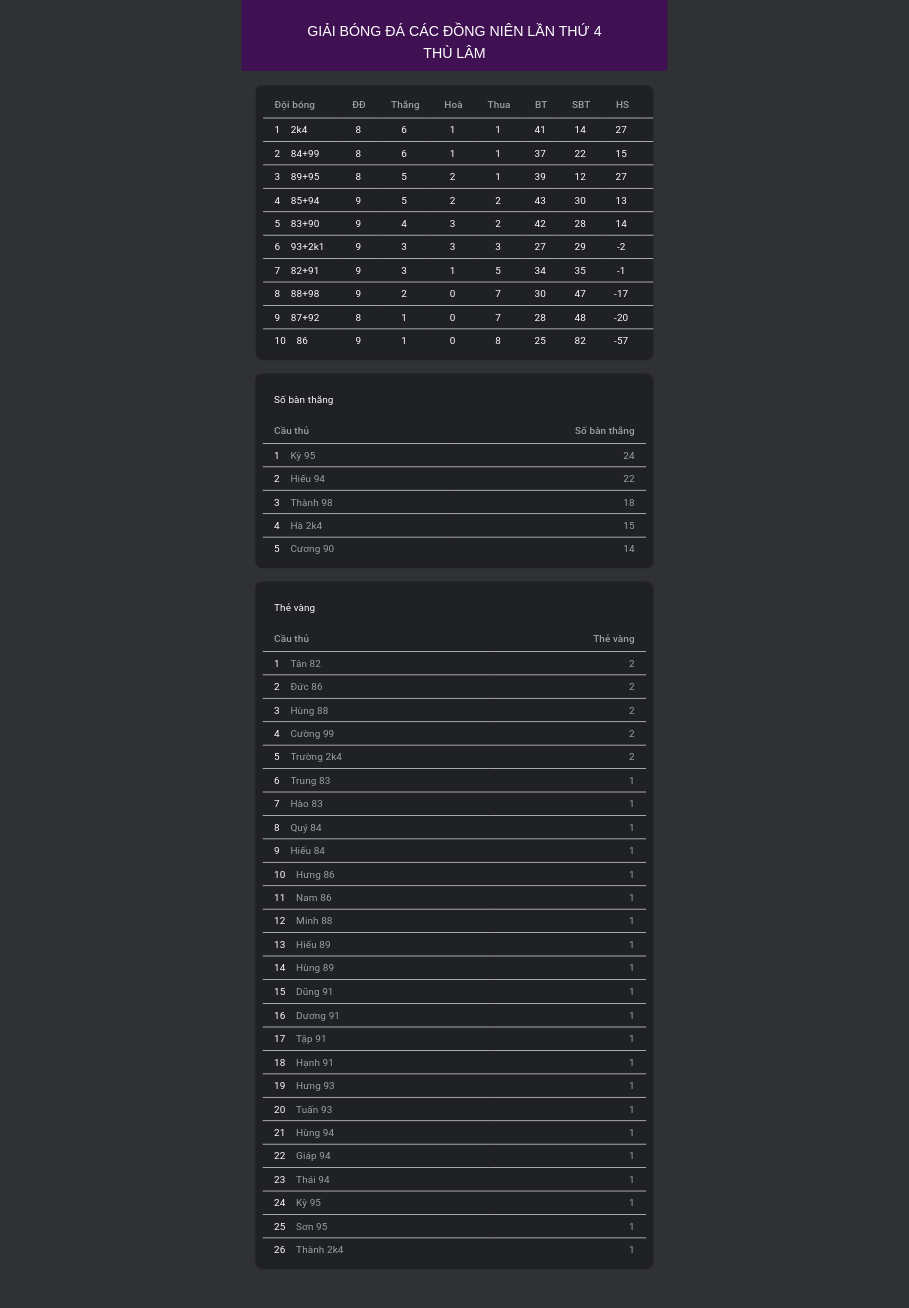
Repository: tuan842001/thulam
Page: /
The author's editor kept a copy of each file at every save. The page is drawn from the files as they stood at one save, then again after the next save.
The browser window is 1280 px wide. The pictures show the whole page, at 71% of full size.
The project was rebuilt for these pictures with package versions that can differ from the ones it lists, and the page was loaded fresh each time.

Above is the page before, as saved 2022-01-11 16:06:08.

### public/index.html
<!DOCTYPE html>
<html lang="en">
  <head>
    <meta charset="utf-8" />
    <link rel="icon" href="%PUBLIC_URL%/favicon.ico" />
    <meta name="viewport" content="width=device-width, initial-scale=1" />
    <meta name="theme-color" content="#000000" />
    <meta
      name="description"
      content="Web site created using create-react-app"
    />

    <link href="https://cdn.jsdelivr.net/npm/bootstrap@5.1.3/dist/css/bootstrap.min.css" rel="stylesheet" integrity="sha384-1BmE4kWBq78iYhFldvKuhfTAU6auU8tT94WrHftjDbrCEXSU1oBoqyl2QvZ6jIW3" crossorigin="anonymous">
<script src="https://cdn.jsdelivr.net/npm/bootstrap@5.1.3/dist/js/bootstrap.bundle.min.js" integrity="sha384-ka7Sk0Gln4gmtz2MlQnikT1wXgYsOg+OMhuP+IlRH9sENBO0LRn5q+8nbTov4+1p" crossorigin="anonymous"></script>
    <title>GIẢI BÓNG ĐÁ CÁC ĐỒNG NIÊN THÙ LÂM</title>
  </head>
  <body>
    <noscript>You need to enable JavaScript to run this app.</noscript>
    <div id="root"></div>

  </body>
</html>

### src/App.js
import "./App.css";
import { Header } from "./components/header/Header";
import Card from "./pages/card/Card";
import Statistical from "./pages/statistical/Statistical";
import UserList from "./pages/userList/UserList";

function App() {
  return (
    <div className="App" style={{ height: "102%" }}>
      <Header />
      <UserList />
      <Statistical />
      <Card />
    </div>
  );
}

export default App;

### src/App.css
body {
  margin: 0;
  font-family: 'Montserrat', sans-serif;
  background-color: #303134;
  display: flex;
  justify-content: center;
}

* {
  margin: 0;
}

@media screen and (max-width: 480px) {
  body {
    justify-content: normal;
  }
}

### src/components/header/Header.jsx
import * as React from "react";
import "./header.css";

export const Header = () => {
  return (
    <div className="header">
      <h4>GIẢI BÓNG ĐÁ CÁC ĐỒNG NIÊN LẦN THỨ 4</h4>
      <h3>THÙ LÂM</h3>
    </div>
  );
};

### src/pages/card/Card.jsx
import * as React from "react";
import Table from "@mui/material/Table";
import TableBody from "@mui/material/TableBody";
import TableCell from "@mui/material/TableCell";
import TableContainer from "@mui/material/TableContainer";
import TableHead from "@mui/material/TableHead";
import TableRow from "@mui/material/TableRow";
import Paper from "@mui/material/Paper";

function createData(order, name, goal) {
  return {
    order,
    name,
    goal,
  };
}

const rows = [
  createData(1, "Tân 82", 2),
  createData(2, "Đức 86", 2),
  createData(3, "Hùng 88", 2),
  createData(4, "Cường 99", 2),
  createData(5, "Trường 2k4", 2),
  createData(6, "Trung 83", 1),
  createData(7, "Hào 83", 1),
  createData(8, "Quý 84", 1),
  createData(9, "Hiếu 84", 1),
  createData(10, "Hưng 86", 1),
  createData(11, "Nam 86", 1),
  createData(12, "Minh 88", 1),
  createData(13, "Hiếu 89", 1),
  createData(14, "Hùng 89", 1),
  createData(15, "Dũng 91", 1),
  createData(16, "Dương 91", 1),
  createData(17, "Tập 91", 1),
  createData(18, "Hạnh 91", 1),
  createData(19, "Hưng 93", 1),
  createData(20, "Tuấn 93", 1),
  createData(21, "Hùng 94", 1),
  createData(22, "Giáp 94", 1),
  createData(23, "Thái 94", 1),
  createData(24, "Kỳ 95", 1),
  createData(25, "Sơn 95", 1),
  createData(26, "Thành 2k4", 1),
];

export default function Card() {
  return (
    <TableContainer
      component={Paper}
      style={{
        backgroundColor: "#202124",
        color: "#FFFF",
        margin: "20px",
        width: "560px",
        borderRadius: "10px",
        padding: "10px",
      }}
    >
      <TableCell style={{ color: "#FFFF", borderBottom: "none" }} align="right">
        Thẻ vàng
      </TableCell>
      <Table sx={{ minWidth: 500 }} size="small" aria-label="a dense table">
        <TableHead>
          <TableRow>
            <TableCell style={{ color: "#9aa0a6" }}>Cầu thủ</TableCell>
            <TableCell style={{ color: "#9aa0a6" }} align="right">
              Thẻ vàng
            </TableCell>
          </TableRow>
        </TableHead>
        <TableBody>
          {rows.map((row) => (
            <TableRow
              key={row.name}
              sx={{ "&:last-child td, &:last-child th": { border: 0 } }}
            >
              <TableCell
                component="th"
                scope="row"
                style={{ color: "#9aa0a6" }}
              >
                <span
                  style={{
                    color: "#fff",
                    marginRight: "15px",
                    textAlign: "center",
                  }}
                  align="center"
                >
                  {row.order}
                </span>
                {row.name}
              </TableCell>
              <TableCell style={{ color: "#9aa0a6" }} align="right">
                {row.goal}
              </TableCell>
            </TableRow>
          ))}
        </TableBody>
      </Table>
    </TableContainer>
  );
}

### src/pages/statistical/Statistical.jsx
import * as React from "react";
import Table from "@mui/material/Table";
import TableBody from "@mui/material/TableBody";
import TableCell from "@mui/material/TableCell";
import TableContainer from "@mui/material/TableContainer";
import TableHead from "@mui/material/TableHead";
import TableRow from "@mui/material/TableRow";
import Paper from "@mui/material/Paper";

function createData(order, name, goal) {
  return {
    order,
    name,
    goal,
  };
}

const rows = [
  createData(1, "Kỳ 95", 24),
  createData(2, "Hiếu 94", 22),
  createData(3, "Thành 98", 18),
  createData(4, "Hà 2k4", 15),
  createData(5, "Cương 90", 14),
];

export default function Statistical() {
  return (
    <TableContainer
      component={Paper}
      style={{
        backgroundColor: "#202124",
        color: "#FFFF",
        margin: "20px",
        width: "560px",
        borderRadius: "10px",
        padding: "10px",
      }}
    >
      <TableCell style={{ color: "#FFFF", borderBottom: "none" }} align="right">
        Số bàn thắng
      </TableCell>
      <Table sx={{ minWidth: 500 }} size="small" aria-label="a dense table">
        <TableHead>
          <TableRow>
            <TableCell style={{ color: "#9aa0a6" }}>Cầu thủ</TableCell>
            <TableCell style={{ color: "#9aa0a6" }} align="right">
              Số bàn thắng
            </TableCell>
          </TableRow>
        </TableHead>
        <TableBody>
          {rows.map((row) => (
            <TableRow
              key={row.name}
              sx={{ "&:last-child td, &:last-child th": { border: 0 } }}
            >
              <TableCell
                component="th"
                scope="row"
                style={{ color: "#9aa0a6" }}
              >
                <span
                  style={{
                    color: "#FFFF",
                    marginRight: "15px",
                    textAlign: "center",
                  }}
                  align="center"
                >
                  {row.order}
                </span>
                {row.name}
              </TableCell>
              <TableCell style={{ color: "#9aa0a6" }} align="right">
                {row.goal}
              </TableCell>
            </TableRow>
          ))}
        </TableBody>
      </Table>
    </TableContainer>
  );
}

### src/pages/userList/UserList.jsx
import * as React from "react";
import Table from "@mui/material/Table";
import TableBody from "@mui/material/TableBody";
import TableCell from "@mui/material/TableCell";
import TableContainer from "@mui/material/TableContainer";
import TableHead from "@mui/material/TableHead";
import TableRow from "@mui/material/TableRow";
import Paper from "@mui/material/Paper";

function createData(
  order,
  name,
  fought,
  win,
  draw,
  lose,
  goal,
  goals,
  difference,
  protein
) {
  return {
    order,
    name,
    fought,
    win,
    draw,
    lose,
    goal,
    goals,
    difference,
    protein,
  };
}

const rows = [
  createData(1, "2k4", 8, 6, 1, 1, 41, 14, 27, 19),
  createData(2, "84+99", 8, 6, 1, 1, 37, 22, 15, 19),
  createData(3, "89+95", 8, 5, 2, 1, 39, 12, 27, 17),
  createData(4, "85+94", 9, 5, 2, 2, 43, 30, 13, 17),
  createData(5, "83+90", 9, 4, 3, 2, 42, 28, 14, 15),
  createData(6, "93+2k1", 9, 3, 3, 3, 27, 29, -2, 12),
  createData(7, "82+91", 9, 3, 1, 5, 34, 35, -1, 10),
  createData(8, "88+98", 9, 2, 0, 7, 30, 47, -17, 6),
  createData(9, "87+92", 8, 1, 0, 7, 28, 48, -20, 3),
  createData(10, "86", 9, 1, 0, 8, 25, 82, -57, 3),
];

export default function UserList() {
  return (
    <TableContainer
      component={Paper}
      style={{
        backgroundColor: "#202124",
        color: "#FFFF",
        margin: "20px",
        width: "560px",
        borderRadius: "10px",
        padding: "10px",
      }}
      className="TableContainer"
    >
      <Table
        sx={{ minWidth: 600 }}
        size="small"
        aria-label="a dense table"
        className="TableSX"
      >
        <TableHead>
          <TableRow>
            <TableCell style={{ color: "#9aa0a6" }}>Đội bóng</TableCell>
            <TableCell style={{ color: "#9aa0a6" }} align="right">
              ĐĐ
            </TableCell>
            <TableCell style={{ color: "#9aa0a6" }} align="right">
              Thắng
            </TableCell>
            <TableCell style={{ color: "#9aa0a6" }} align="right">
              Hoà
            </TableCell>
            <TableCell style={{ color: "#9aa0a6" }} align="right">
              Thua
            </TableCell>
            <TableCell style={{ color: "#9aa0a6" }} align="right">
              BT
            </TableCell>
            <TableCell style={{ color: "#9aa0a6" }} align="right">
              SBT
            </TableCell>
            <TableCell style={{ color: "#9aa0a6" }} align="right">
              HS
            </TableCell>
            <TableCell style={{ color: "#9aa0a6" }} align="right">
              Điểm
            </TableCell>
          </TableRow>
        </TableHead>
        <TableBody>
          {rows.map((row) => (
            <TableRow
              key={row.name}
              sx={{ "&:last-child td, &:last-child th": { border: 0 } }}
            >
              <TableCell component="th" scope="row" style={{ color: "#FFFF" }}>
                <span
                  style={{
                    color: "#FFFF",
                    marginRight: "15px",
                    textAlign: "center",
                  }}
                  align="center"
                >
                  {row.order}
                </span>

                {row.name}
              </TableCell>
              <TableCell style={{ color: "#FFFF" }} align="center">
                {row.fought}
              </TableCell>
              <TableCell style={{ color: "#FFFF" }} align="center">
                {row.win}
              </TableCell>
              <TableCell style={{ color: "#FFFF" }} align="center">
                {row.draw}
              </TableCell>
              <TableCell style={{ color: "#FFFF" }} align="center">
                {row.lose}
              </TableCell>
              <TableCell style={{ color: "#FFFF" }} align="center">
                {row.goal}
              </TableCell>
              <TableCell style={{ color: "#FFFF" }} align="center">
                {row.goals}
              </TableCell>
              <TableCell style={{ color: "#FFFF" }} align="center">
                {row.difference}
              </TableCell>
              <TableCell style={{ color: "#FFFF" }} align="center">
                {row.protein}
              </TableCell>
            </TableRow>
          ))}
        </TableBody>
      </Table>
    </TableContainer>
  );
}

### src/components/header/header.css
.header {
    background: #3F1052;
    height: 100px;
    width: 600px;
    text-align: center;
    color: #fff;
    display: flex;
    align-content: center;
    flex-direction: column;
    justify-content: center;
    padding-top: 25px;
}

.header h4 {
    font-size: 20px;
}

.header h3 {
    font-size: 20px;
}

Loaded but not shown: src/index.js (common file)

After the next save:
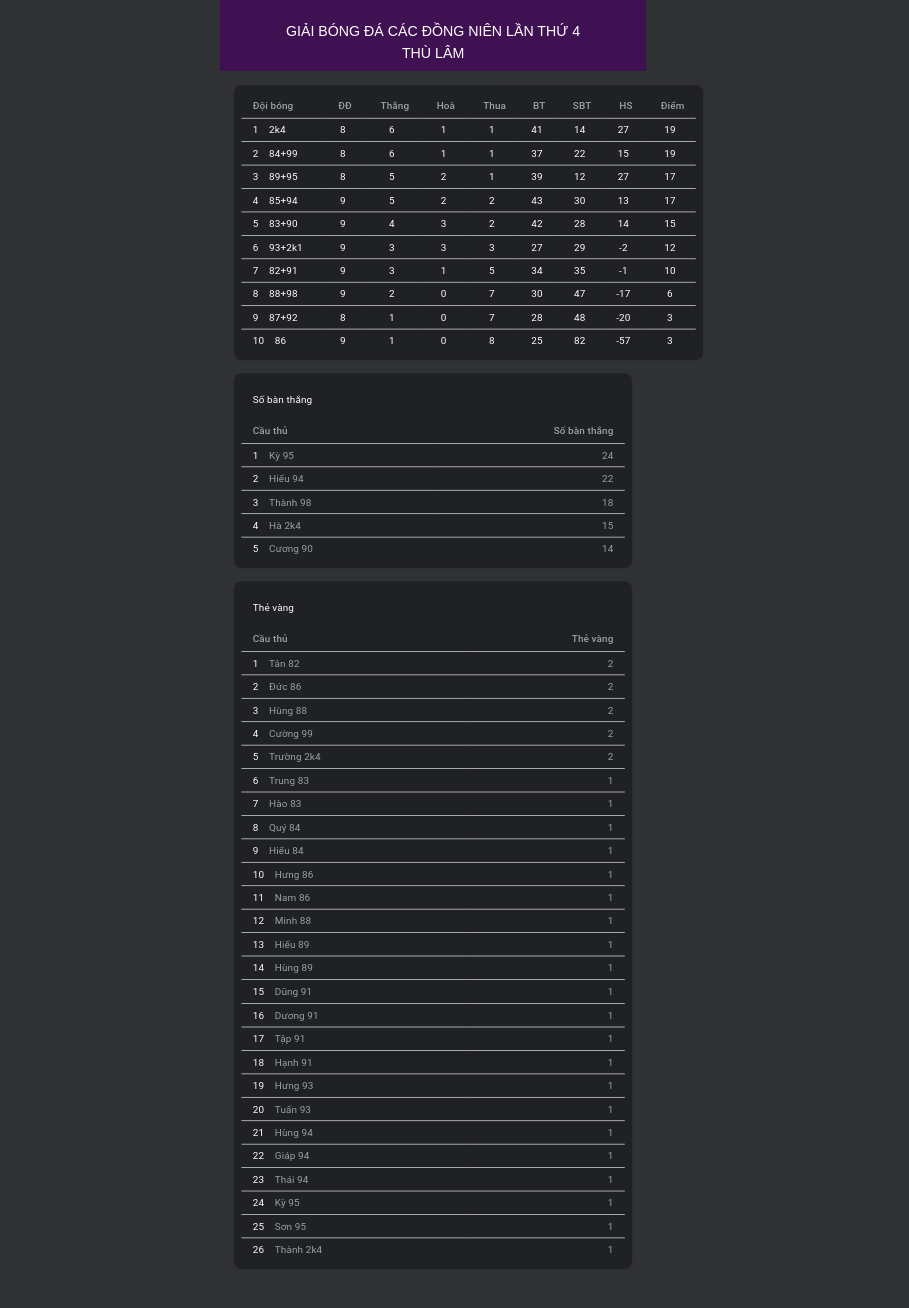
Saved 9 s later.
--- a/src/pages/userList/UserList.jsx
+++ b/src/pages/userList/UserList.jsx
@@ -54,7 +54,7 @@ export default function UserList() {
         backgroundColor: "#202124",
         color: "#FFFF",
         margin: "20px",
-        width: "560px",
+        // width: "560px",
         borderRadius: "10px",
         padding: "10px",
       }}
